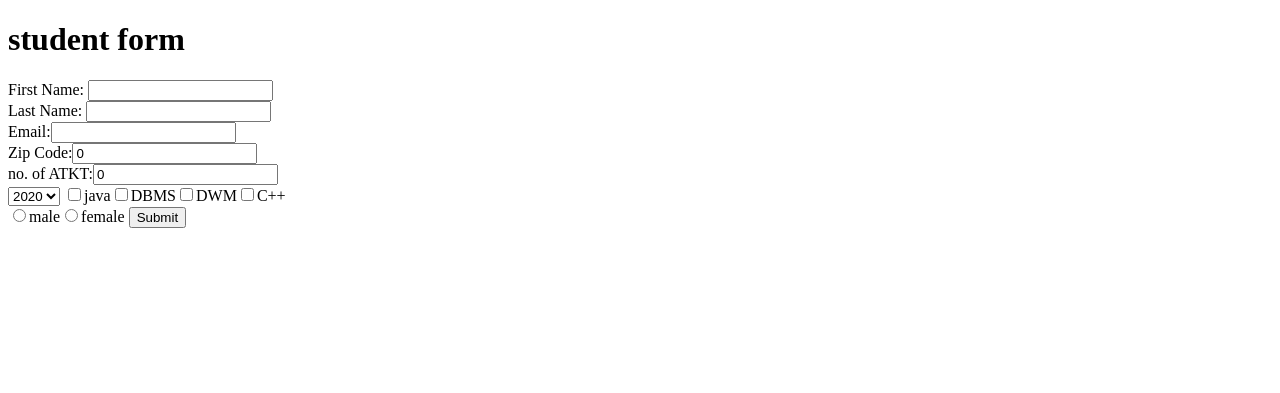
Repository: prathikpk/Springmvc
Page: http://localhost/springMvcDemo/student/showStudentForm
An editor plug-in stored every save of this project. The page is shown before and after the next save, followed by the edit.
The browser window is 1280 px wide. The pictures show the whole page.
The page is served by Tomcat 9. Other server files are loaded and not shown. The template is opened directly, without the code that normally fills it, so the values that code supplies are empty.

Above is the page before, as saved 2022-10-03 10:03:21.

### springMvcDemo/WebContent/WEB-INF/view/student-form.jsp
<%@ page language="java" contentType="text/html; charset=ISO-8859-1"
	pageEncoding="ISO-8859-1"%>
<%@ taglib prefix="form" uri="http://www.springframework.org/tags/form"%>
<%@ taglib uri="http://java.sun.com/jsp/jstl/core" prefix="c"%>
<!DOCTYPE html>
<html>
<head>
<meta charset="ISO-8859-1">
<title>Insert title here</title>
</head>
<body>
	<h1>student form</h1>

	<form:form action="processStudentForm" modelAttribute="theStudent">

		First Name: <form:input path="firstName" />
		<br>

		Last Name: <form:input path="lastName" />
		<form:errors path="lastName"></form:errors>
		<br>
		Email:<form:input path="email" />
		<br>
		Zip Code:<form:input path="zipCode" />
		<br>
		no. of ATKT:<form:input path="atkt" />
		<br>

		<form:select path="year">
			<form:options items="${theStudent.yearOption}" />
		</form:select>

		<form:checkboxes items="${theStudent.subjects}"
			path="selectedSubjects" />
		<br>

		<form:radiobuttons items="${theStudent.genders}" path="selectedGender" />
		<input type="submit" value="Submit">


	</form:form>
</body>
</html>

After the next save:
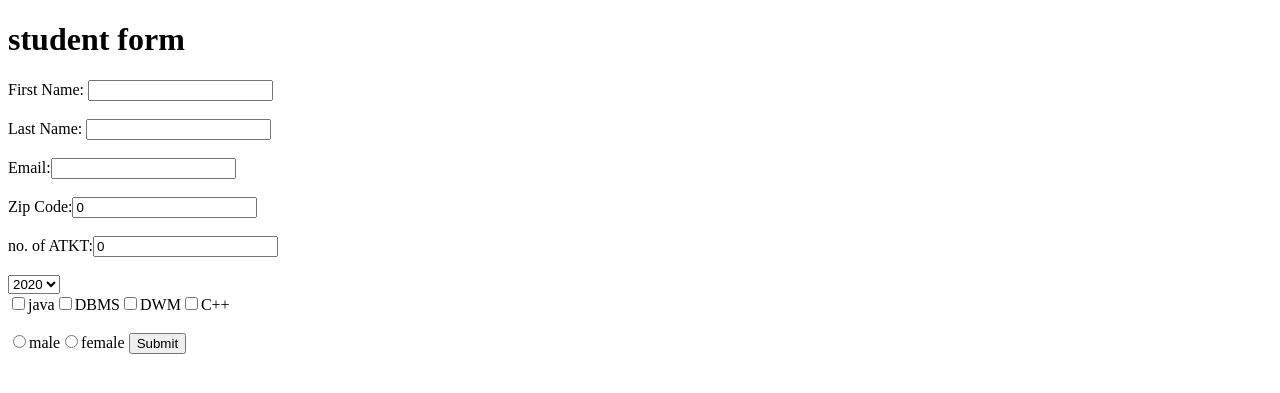
Saved 73 s later.
--- a/springMvcDemo/WebContent/WEB-INF/view/student-form.jsp
+++ b/springMvcDemo/WebContent/WEB-INF/view/student-form.jsp
@@ -14,25 +14,25 @@
 	<form:form action="processStudentForm" modelAttribute="theStudent">
 
 		First Name: <form:input path="firstName" />
-		<br>
+		<br><br>
 
 		Last Name: <form:input path="lastName" />
 		<form:errors path="lastName"></form:errors>
-		<br>
+		<br><br>
 		Email:<form:input path="email" />
-		<br>
+		<br><br>
 		Zip Code:<form:input path="zipCode" />
-		<br>
+		<br><br>
 		no. of ATKT:<form:input path="atkt" />
-		<br>
+		<br><br>
 
 		<form:select path="year">
 			<form:options items="${theStudent.yearOption}" />
 		</form:select>
-
+<br>
 		<form:checkboxes items="${theStudent.subjects}"
 			path="selectedSubjects" />
-		<br>
+		<br><br>
 
 		<form:radiobuttons items="${theStudent.genders}" path="selectedGender" />
 		<input type="submit" value="Submit">
